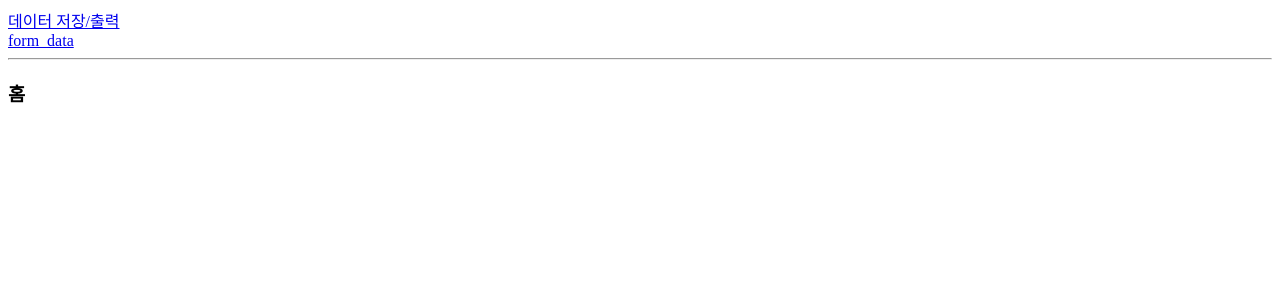
Repository: iwonhee/Servlet
Page: http://localhost/servlet04/
These files come from the project's save history. The page is drawn as it stood at one moment and after the next save; the edit follows.
The browser window is 1280 px wide. The pictures show the whole page.
The page is served by Tomcat 9.

Above is the page before, as saved 2022-11-16 08:46:44.

### servlet04/src/main/webapp/index.jsp
<%@ page language="java" contentType="text/html; charset=UTF-8"
    pageEncoding="UTF-8"%>
<!DOCTYPE html>
<html>
<head>
<meta charset="UTF-8">
<title>Insert title here</title>
</head>
<body>
<div><a href="scope/scope_data.jsp">데이터 저장/출력</a></div>
<div><a href="param/form_data.jsp">form_data</a></div>
<hr>
<h3>홈</h3>
</body>
</html>

After the next save:
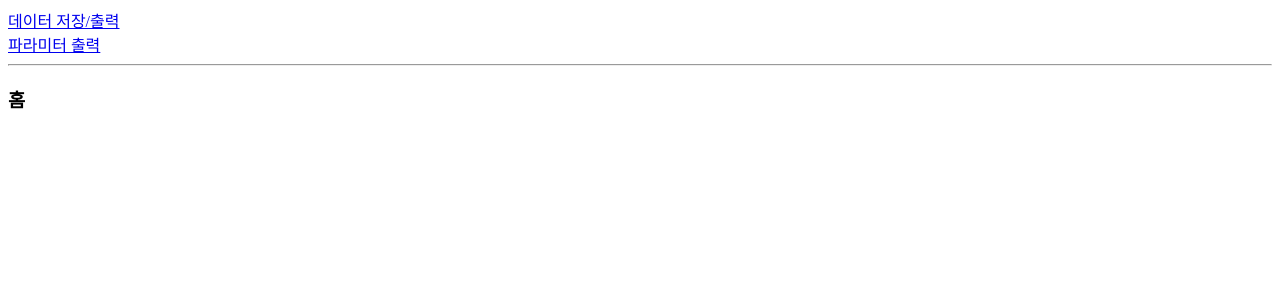
Saved 2 min 47 s later.
--- a/servlet04/src/main/webapp/index.jsp
+++ b/servlet04/src/main/webapp/index.jsp
@@ -8,7 +8,7 @@
 </head>
 <body>
 <div><a href="scope/scope_data.jsp">데이터 저장/출력</a></div>
-<div><a href="param/form_data.jsp">form_data</a></div>
+<div><a href="param/form_data.jsp">파라미터 출력</a></div>
 <hr>
 <h3>홈</h3>
 </body>
